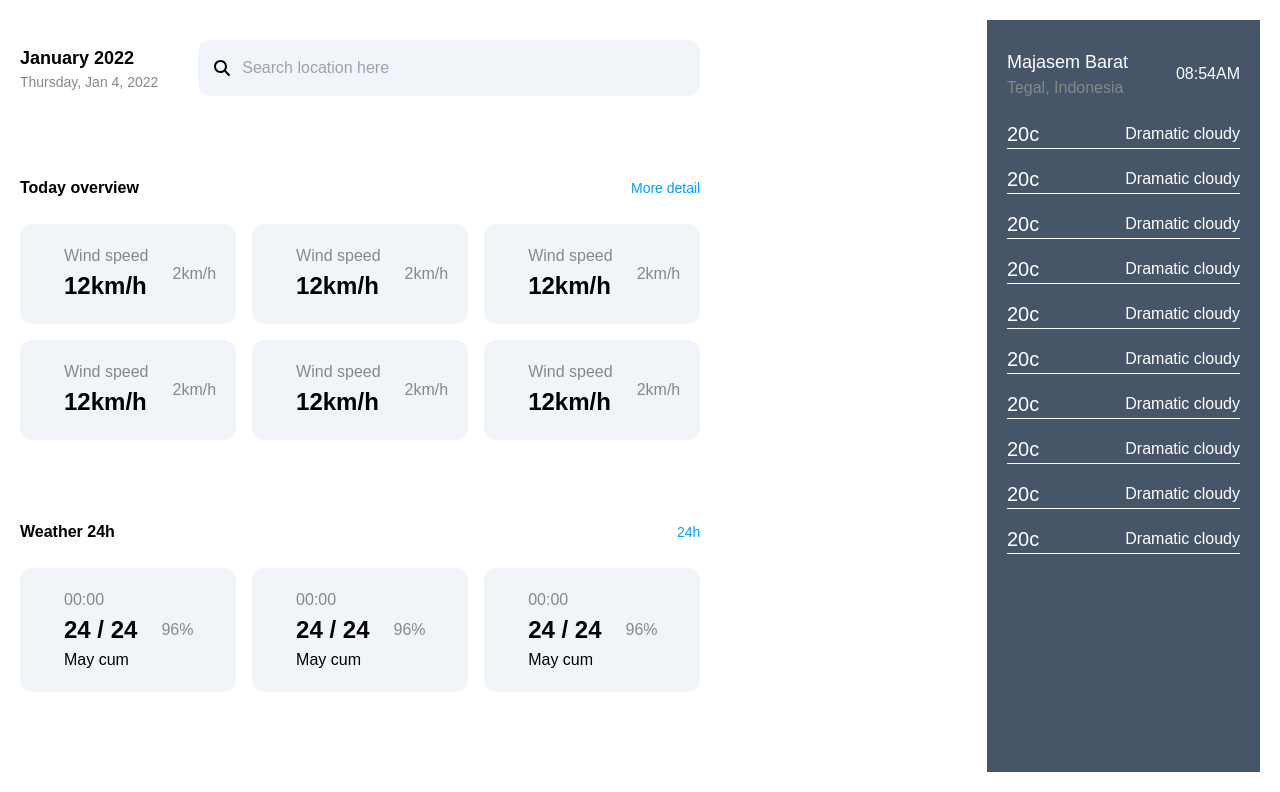
Repository: theweirdboiz/datawarehouse-ui
Page: /
The author's editor kept a copy of each file at every save. The page is drawn from the files as they stood at one save, then again after the next save.
The browser window is 1280 px wide. The pictures show the whole page.
The project was rebuilt for these pictures with package versions that can differ from the ones it lists, and the page was loaded fresh each time. Also part of the build but not shown: vite.config.js.

Above is the page before, as saved 2022-11-23 20:31:04.

### index.html
<!DOCTYPE html>
<html lang="en">
  <head>
    <meta charset="UTF-8" />
    <link rel="icon" type="image/svg+xml" href="/vite.svg" />
    <meta name="viewport" content="width=device-width, initial-scale=1.0" />
    <title>Weather - Datawarehouse</title>
  </head>
  <body>
    <div id="root"></div>
    <script type="module" src="/src/main.jsx"></script>
  </body>
</html>

### src/App.jsx
import { useState } from "react";
import { FontAwesomeIcon } from "@fortawesome/react-fontawesome";
import { faFacebook, faMagento } from "@fortawesome/free-brands-svg-icons";
import {
  faEnvelope,
  faMagnifyingGlass,
} from "@fortawesome/free-solid-svg-icons";

function App() {
  const date = "font-[900] text-lg";
  const detailDate = "text-sm text-[#888]";

  const contentTop = "mt-[20px] flex items-center gap-x-10 mb-20";
  const contentSearch =
    "content__search p-4 flex items-center gap-x-3 flex-1 rounded-xl bg-slate-100";

  return (
    <div className="p-5 mx-auto max-w-7xl">
      <div className="flex justify-between">
        <section className="content max-w-3xl">
          <div className={contentTop}>
            <div className="flex-col">
              <h3 className={date}>January 2022</h3>
              <div className={detailDate}>Thursday, Jan 4, 2022</div>
            </div>
            <div className={contentSearch}>
              <FontAwesomeIcon icon={faMagnifyingGlass} />
              <input
                className="w-full bg-transparent"
                type="text"
                placeholder="Search location here"
              />
            </div>
          </div>
          <div className="content__detail mb-20">
            <div className="flex items-center justify-between">
              <h4 className="font-semibold">Today overview</h4>
              <div className="">
                <button className="text-sm font-medium text-[#009EFF]">
                  More detail
                </button>
              </div>
            </div>
            <div>
              <div className="content__detail-box grid grid-cols-3 gap-4 mt-6">
                <div className="content__detail-item p-5 flex items-center gap-x-6 bg-slate-100 rounded-xl">
                  <i></i>
                  <div className="speed flex flex-col">
                    <h4 className="text-[#888]">Wind speed</h4>
                    <span className="text-[24px] font-semibold">12km/h</span>
                  </div>
                  <span className="text-[#888]">2km/h</span>
                </div>
                <div className="content__detail-item p-5 flex items-center gap-x-6 bg-slate-100 rounded-xl">
                  <i></i>
                  <div className="speed flex flex-col">
                    <h4 className="text-[#888]">Wind speed</h4>
                    <span className="text-[24px] font-semibold">12km/h</span>
                  </div>
                  <span className="text-[#888]">2km/h</span>
                </div>
                <div className="content__detail-item p-5 flex items-center gap-x-6 bg-slate-100 rounded-xl">
                  <i></i>
                  <div className="speed flex flex-col">
                    <h4 className="text-[#888]">Wind speed</h4>
                    <span className="text-[24px] font-semibold">12km/h</span>
                  </div>
                  <span className="text-[#888]">2km/h</span>
                </div>
                <div className="content__detail-item p-5 flex items-center gap-x-6 bg-slate-100 rounded-xl">
                  <i></i>
                  <div className="speed flex flex-col">
                    <h4 className="text-[#888]">Wind speed</h4>
                    <span className="text-[24px] font-semibold">12km/h</span>
                  </div>
                  <span className="text-[#888]">2km/h</span>
                </div>
                <div className="content__detail-item p-5 flex items-center gap-x-6 bg-slate-100 rounded-xl">
                  <i></i>
                  <div className="speed flex flex-col">
                    <h4 className="text-[#888]">Wind speed</h4>
                    <span className="text-[24px] font-semibold">12km/h</span>
                  </div>
                  <span className="text-[#888]">2km/h</span>
                </div>
                <div className="content__detail-item p-5 flex items-center gap-x-6 bg-slate-100 rounded-xl">
                  <i></i>
                  <div className="speed flex flex-col">
                    <h4 className="text-[#888]">Wind speed</h4>
                    <span className="text-[24px] font-semibold">12km/h</span>
                  </div>
                  <span className="text-[#888]">2km/h</span>
                </div>
              </div>
            </div>
          </div>
          <div className="content__detail mb-20">
            <div className="flex items-center justify-between">
              <h4 className="font-semibold">Weather 24h</h4>
              <div className="">
                <button className="text-sm font-medium text-[#009EFF]">
                  24h
                </button>
              </div>
            </div>
            <div>
              <div className="content__detail-box grid grid-cols-3 gap-4 mt-6">
                <div className="content__detail-item p-5 flex items-center gap-x-6 bg-slate-100 rounded-xl">
                  <i></i>
                  <div className="speed flex flex-col">
                    <h4 className="text-[#888]">00:00</h4>
                    <span className="text-[24px] font-semibold">24 / 24</span>
                    <span>May cum</span>
                  </div>
                  <span className="text-[#888]">96%</span>
                </div>
                <div className="content__detail-item p-5 flex items-center gap-x-6 bg-slate-100 rounded-xl">
                  <i></i>
                  <div className="speed flex flex-col">
                    <h4 className="text-[#888]">00:00</h4>
                    <span className="text-[24px] font-semibold">24 / 24</span>
                    <span>May cum</span>
                  </div>
                  <span className="text-[#888]">96%</span>
                </div>
                <div className="content__detail-item p-5 flex items-center gap-x-6 bg-slate-100 rounded-xl">
                  <i></i>
                  <div className="speed flex flex-col">
                    <h4 className="text-[#888]">00:00</h4>
                    <span className="text-[24px] font-semibold">24 / 24</span>
                    <span>May cum</span>
                  </div>
                  <span className="text-[#888]">96%</span>
                </div>
              </div>
            </div>
          </div>
        </section>
        <section className="content__right text-white">
          <div className="bg-slate-600 p-5 h-full">
            <div className="flex items-center gap-x-12 justify-between mt-2 mb-5 ">
              <div className="flex flex-col">
                <h3 className="text-lg">Majasem Barat</h3>
                <span className="text-[#888]">Tegal, Indonesia</span>
              </div>
              <h4>08:54AM</h4>
            </div>
            <div className="mt-1 mb-4 flex justify-between items-center border-b-[1px] border-[#f8f8f8]">
              <div className="">
                <h2 className="text-xl">20c</h2>
              </div>
              <h3>Dramatic cloudy</h3>
            </div>
            <div className="mt-1 mb-4 flex justify-between items-center border-b-[1px] border-[#f8f8f8]">
              <div className="">
                <h2 className="text-xl">20c</h2>
              </div>
              <h3>Dramatic cloudy</h3>
            </div>
            <div className="mt-1 mb-4 flex justify-between items-center border-b-[1px] border-[#f8f8f8]">
              <div className="">
                <h2 className="text-xl">20c</h2>
              </div>
              <h3>Dramatic cloudy</h3>
            </div>
            <div className="mt-1 mb-4 flex justify-between items-center border-b-[1px] border-[#f8f8f8]">
              <div className="">
                <h2 className="text-xl">20c</h2>
              </div>
              <h3>Dramatic cloudy</h3>
            </div>
            <div className="mt-1 mb-4 flex justify-between items-center border-b-[1px] border-[#f8f8f8]">
              <div className="">
                <h2 className="text-xl">20c</h2>
              </div>
              <h3>Dramatic cloudy</h3>
            </div>
            <div className="mt-1 mb-4 flex justify-between items-center border-b-[1px] border-[#f8f8f8]">
              <div className="">
                <h2 className="text-xl">20c</h2>
              </div>
              <h3>Dramatic cloudy</h3>
            </div>
            <div className="mt-1 mb-4 flex justify-between items-center border-b-[1px] border-[#f8f8f8]">
              <div className="">
                <h2 className="text-xl">20c</h2>
              </div>
              <h3>Dramatic cloudy</h3>
            </div>
            <div className="mt-1 mb-4 flex justify-between items-center border-b-[1px] border-[#f8f8f8]">
              <div className="">
                <h2 className="text-xl">20c</h2>
              </div>
              <h3>Dramatic cloudy</h3>
            </div>
            <div className="mt-1 mb-4 flex justify-between items-center border-b-[1px] border-[#f8f8f8]">
              <div className="">
                <h2 className="text-xl">20c</h2>
              </div>
              <h3>Dramatic cloudy</h3>
            </div>
            <div className="mt-1 mb-4 flex justify-between items-center border-b-[1px] border-[#f8f8f8]">
              <div className="">
                <h2 className="text-xl">20c</h2>
              </div>
              <h3>Dramatic cloudy</h3>
            </div>
          </div>
        </section>
      </div>
    </div>
  );
}

export default App;

### src/index.scss
@tailwind base;
@tailwind components;
@tailwind utilities;

@layer base {
  @import url("https://fonts.googleapis.com/css2?family=Poppins:wght@300;500;600;900&display=swap");

  *,
  *::before,
  *::after {
    box-sizing: border-box;
  }
  * {
    margin: 0;
    padding: 0;
  }
  body {
    line-height: 1.5;
    font-family: "Poppins", sans-serif;
  }
  img,
  picture,
  video,
  canvas,
  svg {
    display: block;
    max-width: 100%;
  }
  input,
  button,
  textarea,
  select {
    outline: none;
  }
  p,
  h1,
  h2,
  h3,
  h4,
  h5,
  h6 {
    overflow-wrap: break-word;
  }
}

Loaded but not shown: src/main.jsx (common file); tailwind.config.cjs (common file)

After the next save:
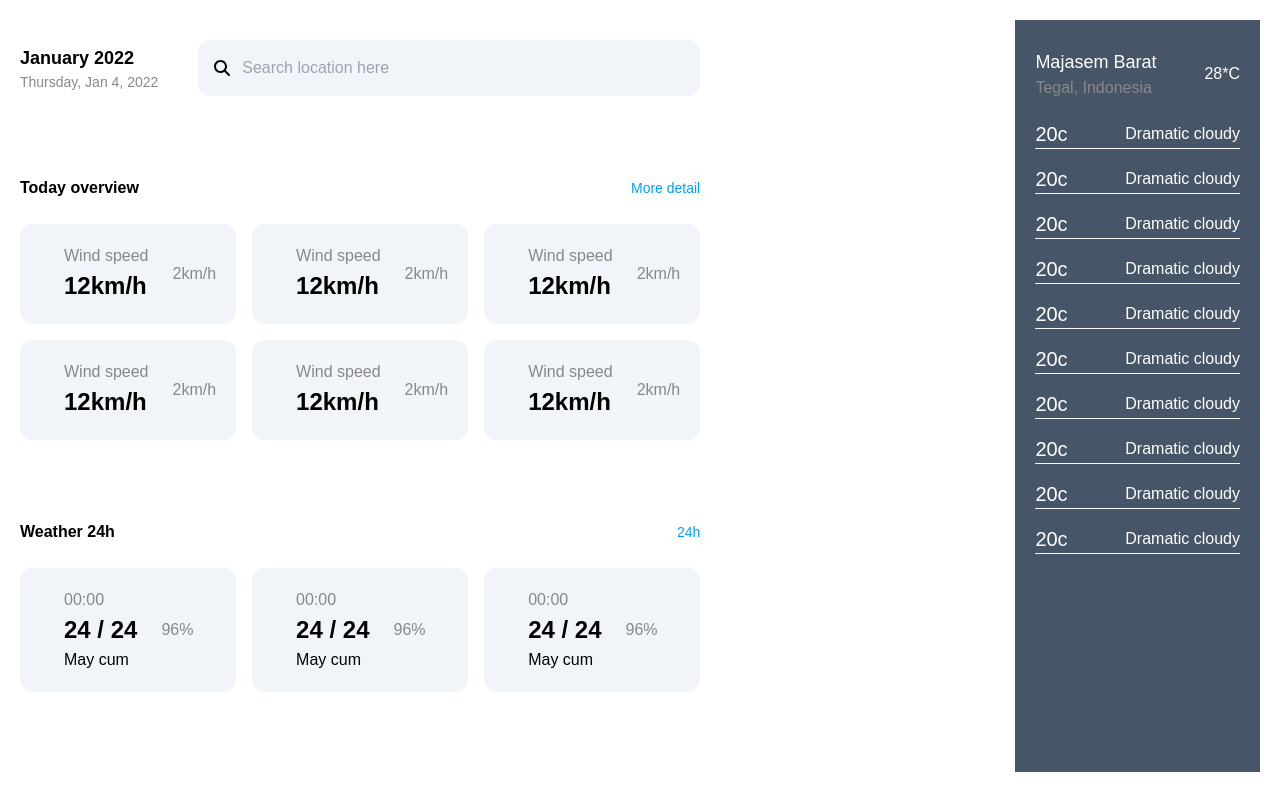
Saved 105 min 31 s later.
--- a/src/App.jsx
+++ b/src/App.jsx
@@ -143,7 +143,7 @@ function App() {
                 <h3 className="text-lg">Majasem Barat</h3>
                 <span className="text-[#888]">Tegal, Indonesia</span>
               </div>
-              <h4>08:54AM</h4>
+              <h4>28*C</h4>
             </div>
             <div className="mt-1 mb-4 flex justify-between items-center border-b-[1px] border-[#f8f8f8]">
               <div className="">
